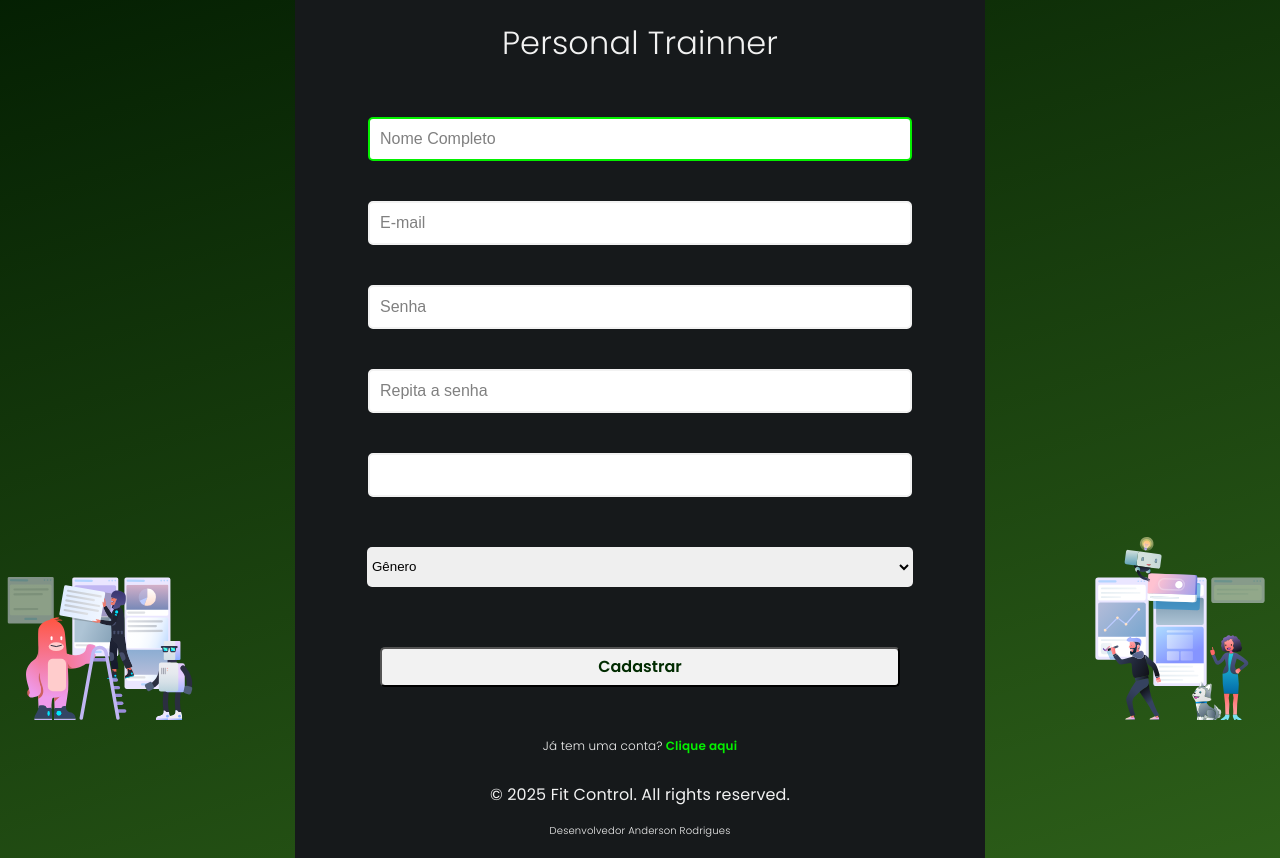
Repository: fit-control/frontend-fit-control
Page: /cadastro
The author's editor kept a copy of each file at every save. The page is drawn from the files as they stood at one save, then again after the next save.
The browser window is 1280 px wide. The pictures show the whole page.
The page's requests for data from a server got no answer. Some web fonts or font styles are not loaded; a fallback is used. The project was rebuilt for these pictures with package versions that can differ from the ones it lists, and the page was loaded fresh each time. No one was signed in, and anything a server would have sent is missing. Also part of the build but not shown: next.config.js, vite.config.ts, src/components/containerCenterLogin.tsx, src/pages/About.tsx, src/pages/NotFound.tsx, src/components/AuthRoutes.tsx, src/pages/PaginaTeste.tsx.

Above is the page before, as saved 2025-03-23 19:38:23.

After the next save:
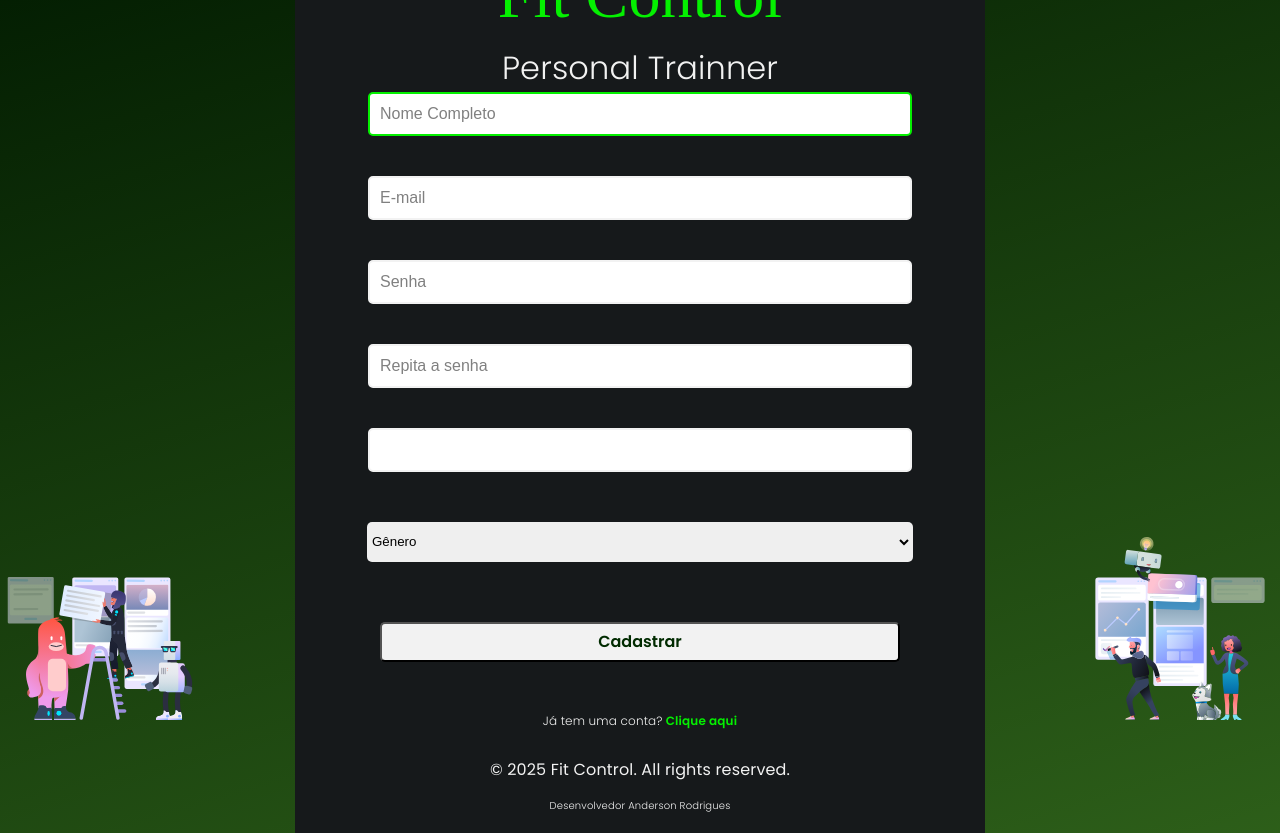
Saved 13 s later.
--- a/src/App.css
+++ b/src/App.css
@@ -140,7 +140,7 @@
       justify-content: center;
       gap: 40px;
       width: -webkit-fill-available;
-      margin-top: 50px;
+      height: 80%;
 
       div {
         width: 100%;

After the 2 saves that followed:
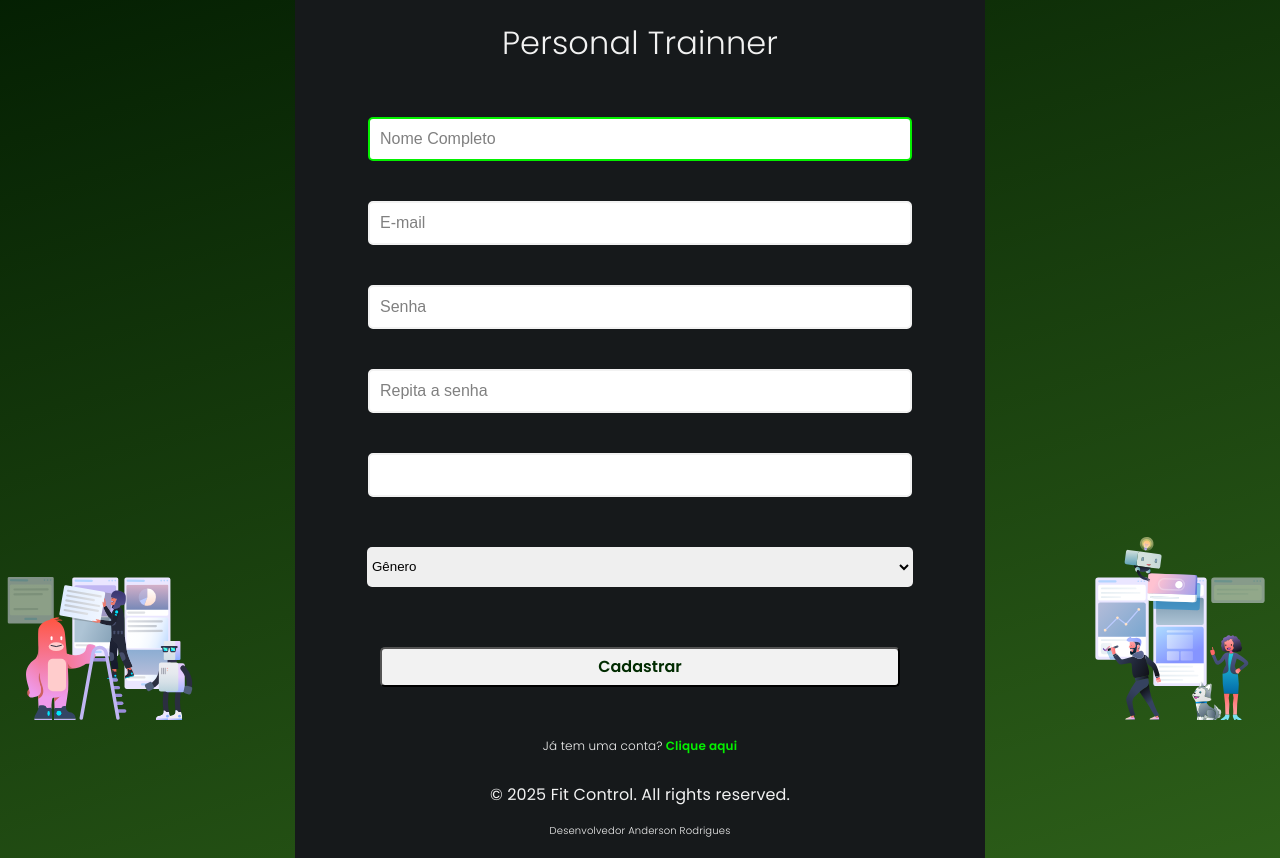
The 2 saves are shown as one change because 1 left the picture as it was.
The last was saved 13 s later.
--- a/src/App.css
+++ b/src/App.css
@@ -140,7 +140,7 @@
       justify-content: center;
       gap: 40px;
       width: -webkit-fill-available;
-      height: 80%;
+      margin-top: 50px;
 
       div {
         width: 100%;
